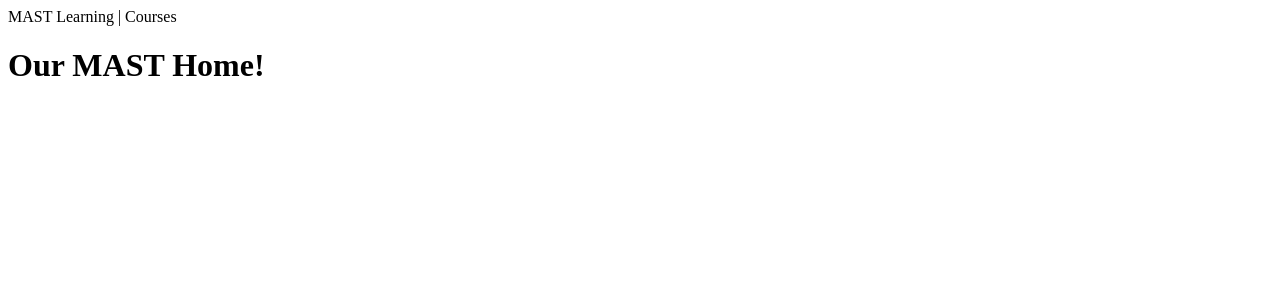
Repository: desneoh/desneoh.github.io
Page: courses.html
The author's editor kept a record of every edit. The page is drawn from the files as they stood at one moment, then again after the next edit.
The browser window is 1280 px wide. The pictures show the whole page.

Above is the page before.

After the next edit:
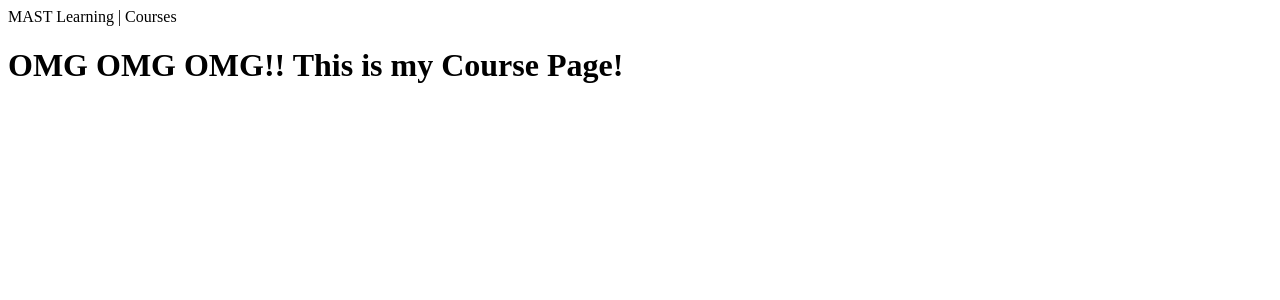
The edit:
--- a/courses.html
+++ b/courses.html
@@ -2,7 +2,8 @@
 <head>MAST Learning | Courses</head>
 
     <body>
-        <h1>Our MAST Home!</h1>
+        <h1>OMG OMG OMG!!
+        This is my Course Page!</h1>
     </body>
 
 </html>
